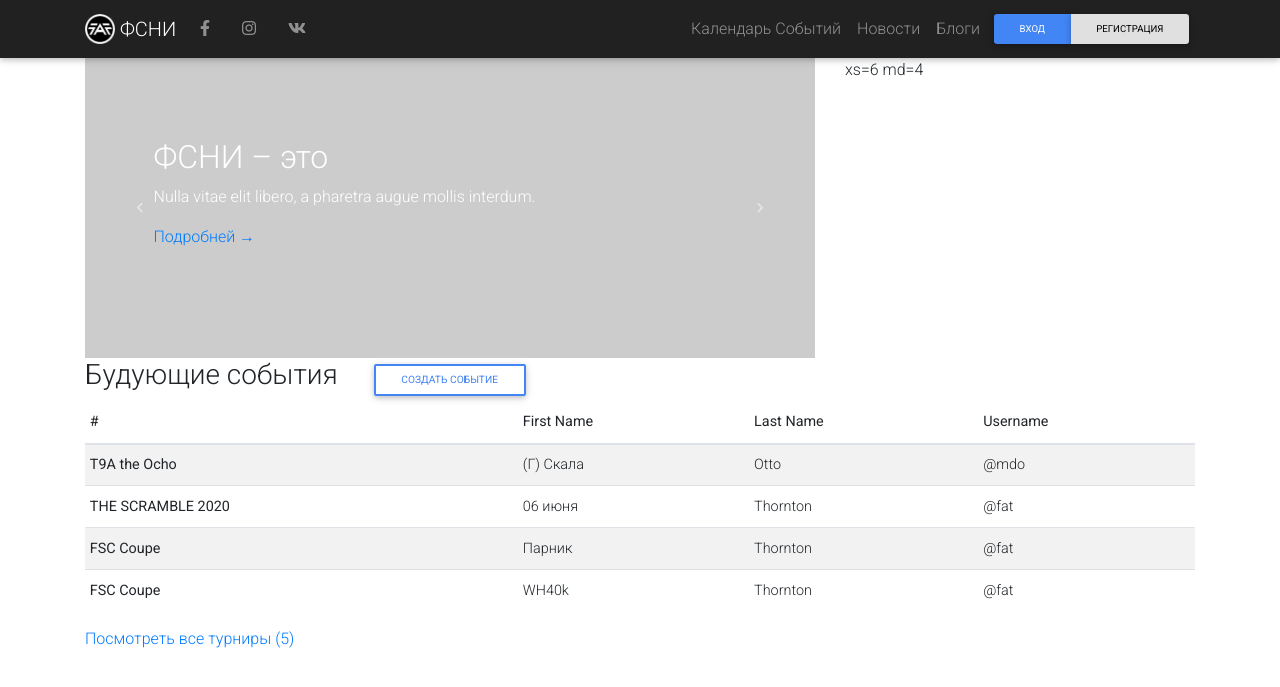
Repository: alexey1986/fsni_test
Page: /
The author's editor kept a copy of each file at every save. The page is drawn from the files as they stood at one save, then again after the next save.
The browser window is 1280 px wide. The pictures show the whole page.
The project was rebuilt for these pictures with package versions that can differ from the ones it lists, and the page was loaded fresh each time. Also part of the build but not shown: src/pages/calendar.jsx, src/pages/news.jsx, src/pages/blogs.jsx.

Above is the page before, as saved 2020-08-29 10:28:47.

### src/index.js
import React from 'react';
import ReactDOM from 'react-dom';
import 'bootstrap/dist/css/bootstrap.min.css';
import '@fortawesome/fontawesome-free/css/all.min.css';
//import 'bootstrap-css-only/css/bootstrap.min.css';
import 'mdbreact/dist/css/mdb.css';


import App from './App';
import * as serviceWorker from './serviceWorker';

ReactDOM.render(
  <React.StrictMode>
    <App />
  </React.StrictMode>,
  document.getElementById('root')
);

// If you want your app to work offline and load faster, you can change
// unregister() to register() below. Note this comes with some pitfalls.
// Learn more about service workers: https://bit.ly/CRA-PWA
serviceWorker.unregister();

### src/App.js
import React from 'react';
import { BrowserRouter as Router, Route } from "react-router-dom";
import NavBarComponent from './components/nav/NavBar';
import Home from './pages/home';
import Calendar from './pages/calendar';
import News from './pages/news';
import Blogs from './pages/blogs';

const App = () => {
  return (
    <Router>
      <NavBarComponent></NavBarComponent>
      <Route path="/" exact component={Home} />
      <Route path="/calendar" exact component={Calendar} />
      <Route path="/news" exact component={News} />
      <Route path="/blogs" exact component={Blogs} />
    </Router>
  )
}


export default App;

### src/components/nav/NavBar.jsx
import React from 'react';
import { Link, NavLink } from "react-router-dom";
import { Container, Navbar, Nav, ButtonGroup, Button } from 'react-bootstrap';
import SocialButtons from './SocialButtons';
import logo from './logo.png';

const NavBarComponent = () => {
    return (
        <Navbar bg="dark" expand="lg" variant="dark" sticky="top" >
            <Container>
                <Navbar.Brand as={Link} to='/'>
                    <img
                        alt=""
                        src={logo}
                        width="30"
                        height="30"
                        className="d-inline-block align-top"
                    />{' '}
                    ФСНИ
                </Navbar.Brand>
                <Navbar.Toggle aria-controls="basic-navbar-nav" />
                <Navbar.Collapse id="basic-navbar-nav">
                    <SocialButtons />
                    <Nav>
                        <Nav.Link as={NavLink} to='/calendar'>Календарь Событий</Nav.Link>
                        <Nav.Link as={NavLink} to='/news'>Новости</Nav.Link>
                        <Nav.Link as={NavLink} to='/blogs'>Блоги</Nav.Link>
                    </Nav>
                    <ButtonGroup size="sm" aria-label="login/registration">
                        <Button variant="primary">Вход</Button>
                        <Button variant="light">Регистрация</Button>
                    </ButtonGroup>
                </Navbar.Collapse>
            </Container>
        </Navbar>
    )
}

export default NavBarComponent;

### src/pages/home.jsx
import React from 'react';
import { Container, Row, Col, Button, Table } from 'react-bootstrap';
import CarouselComponent from '../components/carousel/Carousel';


import { Link } from "react-router-dom";

const Home = () => {
    return (
        <Container>
            <section>
                <Row>
                    <Col xs={12} md={8}>
                        <CarouselComponent />
                    </Col>
                    <Col xs={6} md={4}>
                        xs=6 md=4
                </Col>
                </Row>
            </section>

            <section>
                <Row>
                    <Col md="auto">
                        <h3>Будующие события</h3>
                    </Col>
                    <Col>
                        <Button variant="outline-primary" size="sm">Создать Событие</Button>{' '}
                    </Col>
                </Row>

                <Table striped hover size="sm">
                    <thead>
                        <tr>
                            <th>#</th>
                            <th>First Name</th>
                            <th>Last Name</th>
                            <th>Username</th>
                        </tr>
                    </thead>
                    <tbody>
                        <tr>
                            <th>T9A the Ocho</th>
                            <td>(Г) Скала</td>
                            <td>Otto</td>
                            <td>@mdo</td>
                        </tr>
                        <tr>
                            <th>THE SCRAMBLE 2020</th>
                            <td>06 июня</td>
                            <td>Thornton</td>
                            <td>@fat</td>
                        </tr>
                        <tr>
                            <th>FSC Coupe </th>
                            <td>Парник</td>
                            <td>Thornton</td>
                            <td>@fat</td>
                        </tr>
                        <tr>
                            <th>FSC Coupe </th>
                            <td>WH40k</td>
                            <td>Thornton</td>
                            <td>@fat</td>
                        </tr>
                    </tbody>
                </Table>

                <Link to='/'>Посмотреть все турниры (5)</Link>


            </section>
        </Container>
    )
}

export default Home;

### src/components/nav/SocialButtons.jsx
import React from 'react';
import { Nav } from 'react-bootstrap';
import { MDBIcon } from 'mdbreact';

const SocialButtons = () => {
  return (
    <Nav className="mr-auto" >
      <Nav.Link href="#!" className="fb-ic mr-3">
        <MDBIcon fab icon="facebook-f" />
      </Nav.Link>
      <Nav.Link href="#!" className="ins-ic mr-3">
        <MDBIcon fab icon="instagram" />
      </Nav.Link>
      <Nav.Link href="#!" className="vk-ic mr-3">
        <MDBIcon fab icon="vk" />
      </Nav.Link>
    </Nav>
  );
}

export default SocialButtons;

### src/components/carousel/Carousel.jsx
import React from 'react';
import { Carousel } from 'react-bootstrap';
import { Link } from "react-router-dom";
import './styles.css';


class CarouselComponent extends React.Component {
    render() {
        return (
            <Carousel indicators={false}>
                <Carousel.Item>
                    <Carousel.Caption>
                        <h2>ФСНИ – это </h2>
                        <p>Nulla vitae elit libero, a pharetra augue mollis interdum.</p>
                        <p>
                            <Link to='/'>Подробней &#8594;</Link>
                        </p>
                    </Carousel.Caption>
                </Carousel.Item>
                <Carousel.Item>
                    <Carousel.Caption>
                        <h2>ФСНИ – это </h2>
                        <p>Lorem ipsum dolor sit amet, consectetur adipiscing elit. Vivamus magna justo, lacinia eget consectetur sed, convallis at tellus.</p>
                        <p>
                            <Link to='/'>Подробней &#8594;</Link>
                        </p>
                    </Carousel.Caption>
                </Carousel.Item>
                <Carousel.Item>
                    <Carousel.Caption>
                        <h2>ФСНИ – это </h2>
                        <p>Lorem ipsum dolor sit amet, consectetur adipiscing elit. Vivamus magna justo, lacinia eget consectetur sed, convallis at tellus.</p>
                        <p>
                            <Link to='/'>Подробней &#8594;</Link>
                        </p>
                    </Carousel.Caption>
                </Carousel.Item>
            </Carousel>
        )
    }
}

export default CarouselComponent;

### src/components/carousel/styles.css
.carousel-item {
    background: #ccc;
    height: 300px;
}

.carousel-caption {
    top: 20%;
    bottom: auto;
    text-align: left;
}

Loaded but not shown: public/index.html (common file); src/serviceWorker.js (common file)

After the next save:
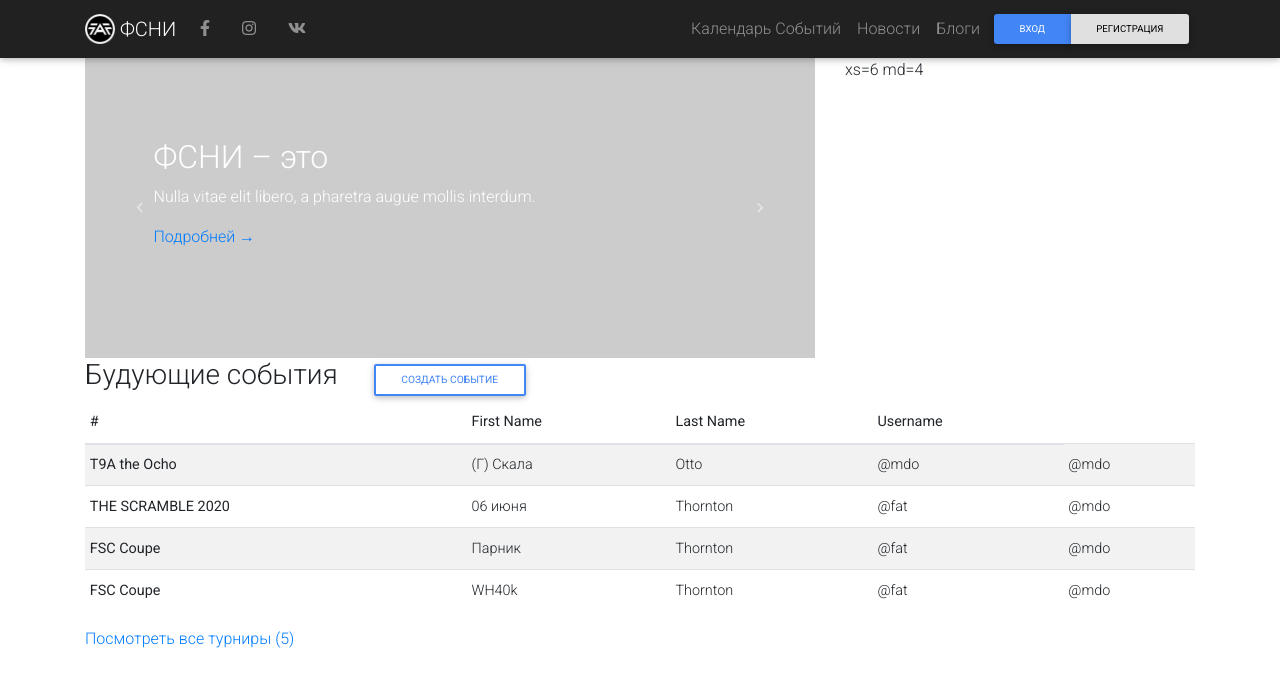
Saved 29 s later.
--- a/src/pages/home.jsx
+++ b/src/pages/home.jsx
@@ -44,24 +44,28 @@
                             <td>(Г) Скала</td>
                             <td>Otto</td>
                             <td>@mdo</td>
+                            <td>@mdo</td>
                         </tr>
                         <tr>
                             <th>THE SCRAMBLE 2020</th>
                             <td>06 июня</td>
                             <td>Thornton</td>
                             <td>@fat</td>
+                            <td>@mdo</td>
                         </tr>
                         <tr>
                             <th>FSC Coupe </th>
                             <td>Парник</td>
                             <td>Thornton</td>
                             <td>@fat</td>
+                            <td>@mdo</td>
                         </tr>
                         <tr>
                             <th>FSC Coupe </th>
                             <td>WH40k</td>
                             <td>Thornton</td>
                             <td>@fat</td>
+                            <td>@mdo</td>
                         </tr>
                     </tbody>
                 </Table>
